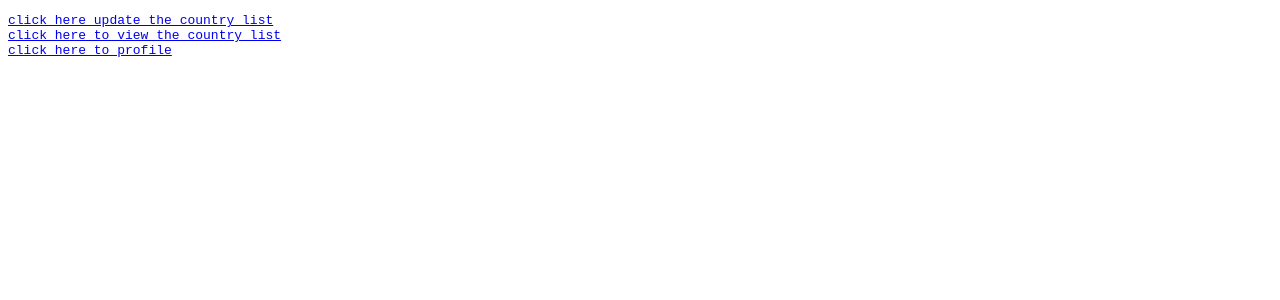
Repository: Raghava3/spring
Page: http://localhost/countryprojectdb/WEB-INF/jsp/HomePage.jsp
The author's editor kept a copy of each file at every save. The page is drawn from the files as they stood at one save, then again after the next save.
The browser window is 1280 px wide. The pictures show the whole page.
The page is served by Tomcat 9. Nobody is signed in. The template is opened directly, without the code that normally fills it, so the values that code supplies are empty.

Above is the page before, as saved 2017-04-07 10:27:50.

After the next save:
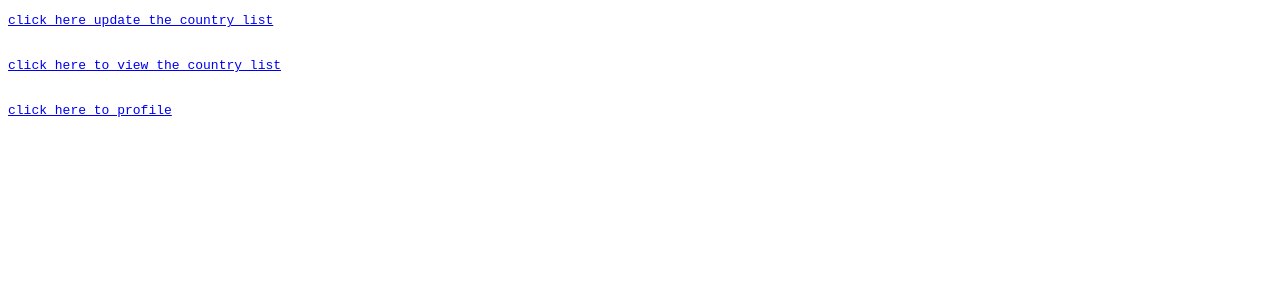
Saved 95 s later.
--- a/countryprojectdatabase/countryprojectdb/src/main/webapp/WEB-INF/jsp/HomePage.jsp
+++ b/countryprojectdatabase/countryprojectdb/src/main/webapp/WEB-INF/jsp/HomePage.jsp
@@ -10,7 +10,11 @@
 <body>
 <pre>
 <a href="update">click here update the country list</a>
+
+
 <a href="list">click here to view the country list</a>
+
+<!--  value will be going to -->
 <a href="<c:url value='profile?id=${id}'/>">click here to profile</a>
  <font color="red">${msg}</font>
 </pre>
